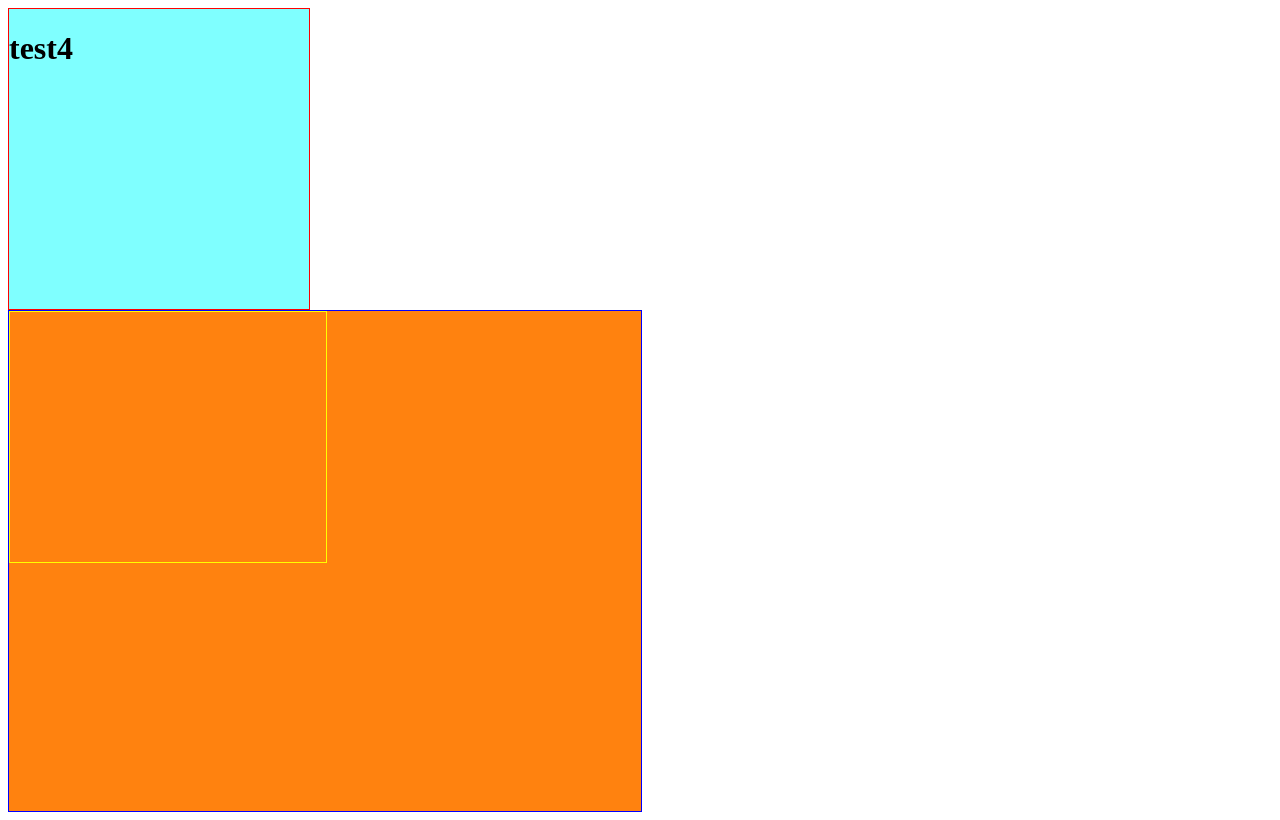
Repository: lbj0314/webTest
Page: Css_1/WebContent/css_3.html
An editor plug-in stored every save of this project. The page is shown before and after the next save, followed by the edit.
The browser window is 1280 px wide. The pictures show the whole page.

Above is the page before, as saved 2019-10-16 02:39:55.

### Css_1/WebContent/css_3.html
<!DOCTYPE html>
<html>
<head>
<meta charset="UTF-8">
<title>Insert title here</title>
<style type="text/css">
.d1 {
	width: 300px;
	height: 300px;
	background-color: rgba(0, 255, 255, 0.5);
	border: 1px solid red;
}

.d2 {
	width: 50%;
	height: 500px;
	background-color: #ff820f;
	border: 1px solid blue;
}

.d3 {
	width: 50%;
	height: 50%;
	border: 1px solid yellow;
}
</style>
</head>
<body>
	<div class="d1">
		<div class="d4">
			<h1>test4</h1>
		</div>
	</div>
	<div class="d2">
		<div class="d3"></div>
	</div>

</body>
</html>

After the next save:
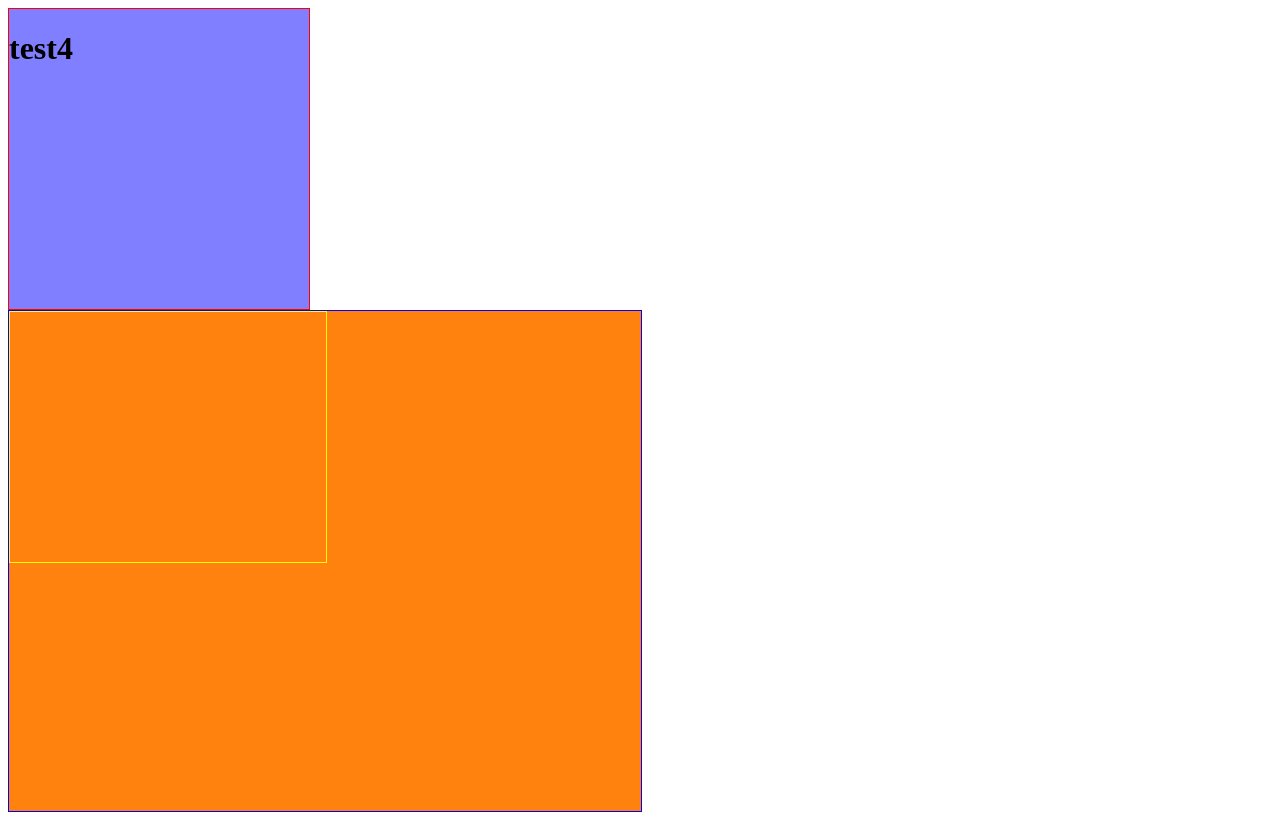
Saved 12 s later.
--- a/Css_1/WebContent/css_3.html
+++ b/Css_1/WebContent/css_3.html
@@ -7,7 +7,7 @@
 .d1 {
 	width: 300px;
 	height: 300px;
-	background-color: rgba(0, 255, 255, 0.5);
+	background-color: rgba(0, 0, 255, 0.5);
 	border: 1px solid red;
 }
 
